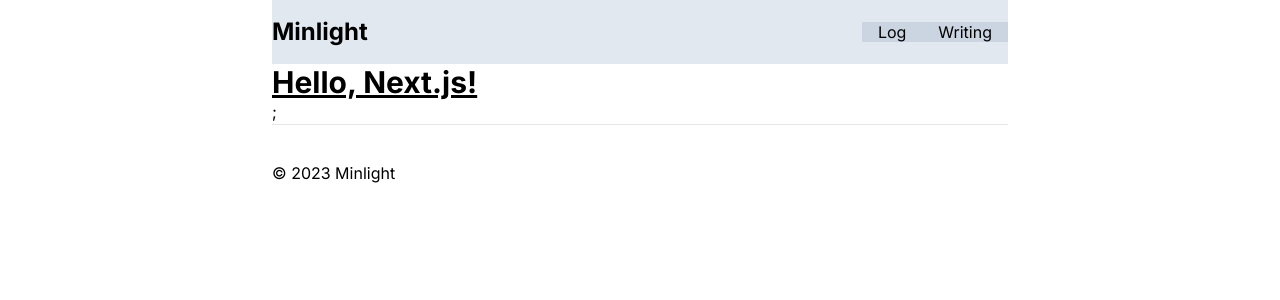
Repository: kwngmin/minlight-log
Page: /
The author's editor kept a copy of each file at every save. The page is drawn from the files as they stood at one save, then again after the next save.
The browser window is 1280 px wide. The pictures show the whole page.
The project was rebuilt for these pictures with package versions that can differ from the ones it lists, and the page was loaded fresh each time. The framework's server and built-in components were replaced by stand-ins that run in the browser. Also part of the build but not shown: next.config.js.

Above is the page before, as saved 2023-04-04 15:29:56.

### src/app/layout.tsx
import Link from "next/link";
import "./globals.css";
import { Inter } from "next/font/google";
const inter = Inter({ subsets: ["latin"] });

export const metadata = {
  title: {
    default: "Minlight",
    template: "Minlight | %s",
  },
  description: "Minlight log",
};
const navList = [
  { name: "Log", url: "/log" },
  { name: "Writing", url: "/log" },
];
export default function RootLayout({
  children,
}: {
  children: React.ReactNode;
}) {
  return (
    <html lang="en" className={inter.className}>
      <body className="flex flex-col max-w-screen-md mx-auto px-4">
        <div className="h-16 bg-slate-200 flex items-center justify-between">
          <Link href="/" className="text-2xl font-bold">
            Minlight
          </Link>
          <nav className="">
            {navList.map(({ name, url }) => (
              <Link href={url} key={name} className="px-4 bg-slate-300">
                {name}
              </Link>
            ))}
          </nav>
        </div>
        <main className="grow">{children}</main>
        <div className="h-24 flex items-center border-t">© 2023 Minlight</div>
      </body>
    </html>
  );
}

### src/app/page.tsx
export default function Home() {
  return (
    <section>
      <h1 className="text-3xl font-bold underline">Hello, Next.js!</h1>;
    </section>
  );
}

### src/app/globals.css
@tailwind base;
@tailwind components;
@tailwind utilities;

* {
  box-sizing: border-box;
  padding: 0;
  margin: 0;
}
/*
:root {
  --max-width: 1100px;
  --border-radius: 12px;
  --font-mono: ui-monospace, Menlo, Monaco, "Cascadia Mono", "Segoe UI Mono",
    "Roboto Mono", "Oxygen Mono", "Ubuntu Monospace", "Source Code Pro",
    "Fira Mono", "Droid Sans Mono", "Courier New", monospace;

  --foreground-rgb: 0, 0, 0;
  --background-start-rgb: 214, 219, 220;
  --background-end-rgb: 255, 255, 255;

  --primary-glow: conic-gradient(
    from 180deg at 50% 50%,
    #16abff33 0deg,
    #0885ff33 55deg,
    #54d6ff33 120deg,
    #0071ff33 160deg,
    transparent 360deg
  );
  --secondary-glow: radial-gradient(
    rgba(255, 255, 255, 1),
    rgba(255, 255, 255, 0)
  );

  --tile-start-rgb: 239, 245, 249;
  --tile-end-rgb: 228, 232, 233;
  --tile-border: conic-gradient(
    #00000080,
    #00000040,
    #00000030,
    #00000020,
    #00000010,
    #00000010,
    #00000080
  );

  --callout-rgb: 238, 240, 241;
  --callout-border-rgb: 172, 175, 176;
  --card-rgb: 180, 185, 188;
  --card-border-rgb: 131, 134, 135;
}

@media (prefers-color-scheme: dark) {
  :root {
    --foreground-rgb: 255, 255, 255;
    --background-start-rgb: 0, 0, 0;
    --background-end-rgb: 0, 0, 0;

    --primary-glow: radial-gradient(rgba(1, 65, 255, 0.4), rgba(1, 65, 255, 0));
    --secondary-glow: linear-gradient(
      to bottom right,
      rgba(1, 65, 255, 0),
      rgba(1, 65, 255, 0),
      rgba(1, 65, 255, 0.3)
    );

    --tile-start-rgb: 2, 13, 46;
    --tile-end-rgb: 2, 5, 19;
    --tile-border: conic-gradient(
      #ffffff80,
      #ffffff40,
      #ffffff30,
      #ffffff20,
      #ffffff10,
      #ffffff10,
      #ffffff80
    );

    --callout-rgb: 20, 20, 20;
    --callout-border-rgb: 108, 108, 108;
    --card-rgb: 100, 100, 100;
    --card-border-rgb: 200, 200, 200;
  }
}

* {
  box-sizing: border-box;
  padding: 0;
  margin: 0;
}

html,
body {
  max-width: 100vw;
  overflow-x: hidden;
}

body {
  color: rgb(var(--foreground-rgb));
  background: linear-gradient(
      to bottom,
      transparent,
      rgb(var(--background-end-rgb))
    )
    rgb(var(--background-start-rgb));
}

a {
  color: inherit;
  text-decoration: none;
}

@media (prefers-color-scheme: dark) {
  html {
    color-scheme: dark;
  }
} */

Loaded but not shown: tailwind.config.js (common file)

After the next save:
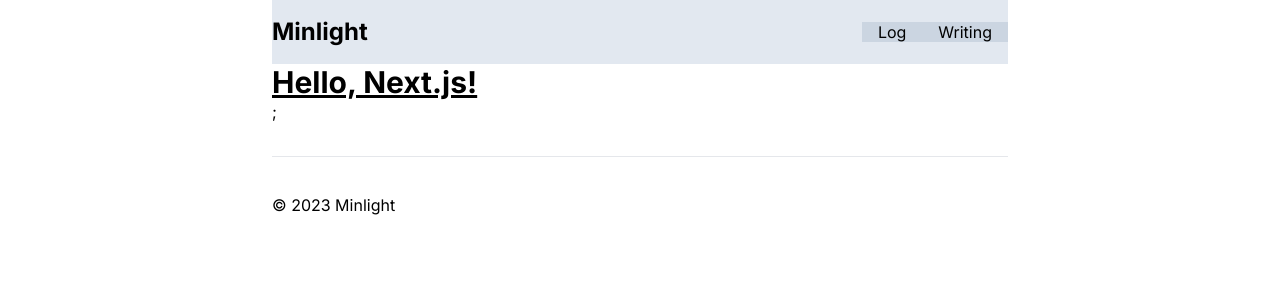
Saved 20 s later.
--- a/src/app/layout.tsx
+++ b/src/app/layout.tsx
@@ -35,7 +35,9 @@ export default function RootLayout({
           </nav>
         </div>
         <main className="grow">{children}</main>
-        <div className="h-24 flex items-center border-t">© 2023 Minlight</div>
+        <div className="h-24 flex items-center border-t mt-8">
+          © 2023 Minlight
+        </div>
       </body>
     </html>
   );
